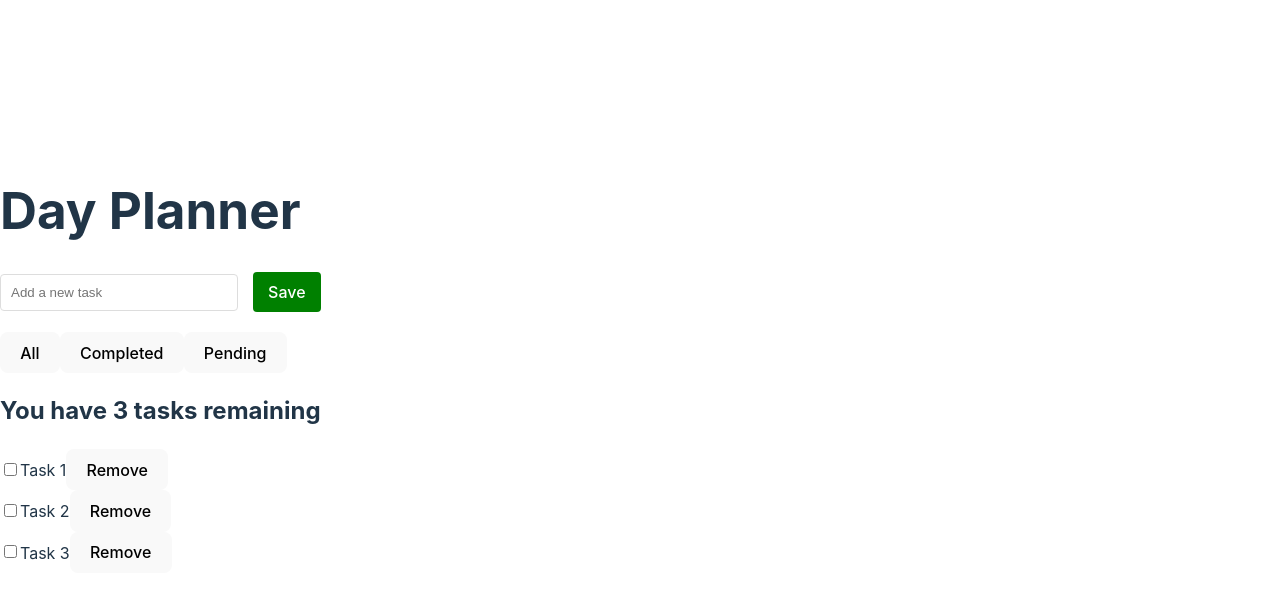
Repository: GavinPahal/Lab7
Page: /
These files come from the project's save history. The page is drawn as it stood at one moment and after the next save; the edit follows.
The browser window is 1280 px wide. The pictures show the whole page.
The project was rebuilt for these pictures with package versions that can differ from the ones it lists, and the page was loaded fresh each time. Also part of the build but not shown: vite.config.js.

Above is the page before, as saved 2024-10-28 14:22:15.

### src/App.jsx
import React, { useState } from 'react';
import Task from './components/Task';
import TaskForm from './components/TaskForm';
import './App.css';

function App() {
  const [tasks, setTasks] = useState([
    { text: 'Task 1', isCompleted: false },
    { text: 'Task 2', isCompleted: false },
    { text: 'Task 3', isCompleted: false },
  ]);
  const [filter, setFilter] = useState('all'); // Filter state

  const addTask = (task) => setTasks([...tasks, { text: task, isCompleted: false }]);

  const toggleTask = (index) => {
    setTasks(prevTasks =>
      prevTasks.map((task, i) => (i === index ? { ...task, isCompleted: !task.isCompleted } : task))
    );
  };

  const deleteTask = (index) => setTasks(tasks.filter((_, i) => i !== index));

  // Filter tasks based on selection
  const filteredTasks = tasks.filter(task => {
    if (filter === 'pending') return !task.isCompleted;
    if (filter === 'completed') return task.isCompleted;
    return true; // All tasks
  });

  const pendingTasksCount = tasks.filter(task => !task.isCompleted).length;

  return (
    <div className="app">
      <h1>Day Planner</h1>
      <TaskForm addTask={addTask} />

      {/* Filter buttons with Completed in the middle */}
      <div className="filter-buttons">
        <button onClick={() => setFilter('all')}>All</button>
        <button onClick={() => setFilter('completed')}>Completed</button>
        <button onClick={() => setFilter('pending')}>Pending</button>
      </div>

      {/* Task count for All and Pending views */}
      {(filter === 'all' || filter === 'pending') && (
        <h2>You have {pendingTasksCount} tasks remaining</h2>
      )}

      {/* Task list display based on filter */}
      <div className="task-list">
        {filteredTasks.map((task, index) => (
          <Task
            key={index}
            index={index}
            task={task}
            toggleTask={toggleTask}
            deleteTask={deleteTask}
          />
        ))}
      </div>
    </div>
  );
}

export default App;

### src/components/Task.jsx
import React from 'react';

function Task({ task, index, toggleTask, deleteTask }) {
  return (
    <div className={`task ${task.isCompleted ? 'completed' : ''}`}>
      <input
        type="checkbox"
        checked={task.isCompleted}
        onChange={() => toggleTask(index)}
        disabled={task.isCompleted}
      />
      <span className="task-text">{task.text}</span>
      <button className="remove-button" onClick={() => deleteTask(index)}>Remove</button>
    </div>
  );
}

export default Task;

### src/components/TaskForm.jsx
import React, { useState } from 'react';

function TaskForm({ addTask }) {
  const [value, setValue] = useState('');

  const handleSubmit = (e) => {
    e.preventDefault();
    if (!value) return;
    addTask(value);
    setValue('');
  };

  return (
    <form onSubmit={handleSubmit} className="task-form">
      <input
        type="text"
        value={value}
        onChange={(e) => setValue(e.target.value)}
        placeholder="Add a new task"
      />
      <button type="submit">Save</button>  {/* Save button */}
    </form>
  );
}

export default TaskForm;

### src/App.css
.task-form {
  display: flex; /* Use flexbox for alignment */
  align-items: center; /* Center items vertically */
  margin-bottom: 20px; /* Space below the form */
}

.task-form input[type="text"] {
  flex: 1; /* Allow the input to take available space */
  padding: 10px; /* Same padding for consistency */
  margin-right: 15px; /* Increased space between input and button */
  border: 1px solid #ddd; /* Add border */
  border-radius: 4px; /* Rounded corners */
}

.task-form button {
  padding: 10px 15px; /* Adjust padding for button */
  background-color: green; /* Green background */
  color: white; /* White text */
  border: none; /* No border */
  cursor: pointer; /* Pointer cursor on hover */
  border-radius: 4px; /* Rounded corners */
}

Loaded but not shown: index.html (common file); src/main.jsx (common file); src/index.css (common file)

After the next save:
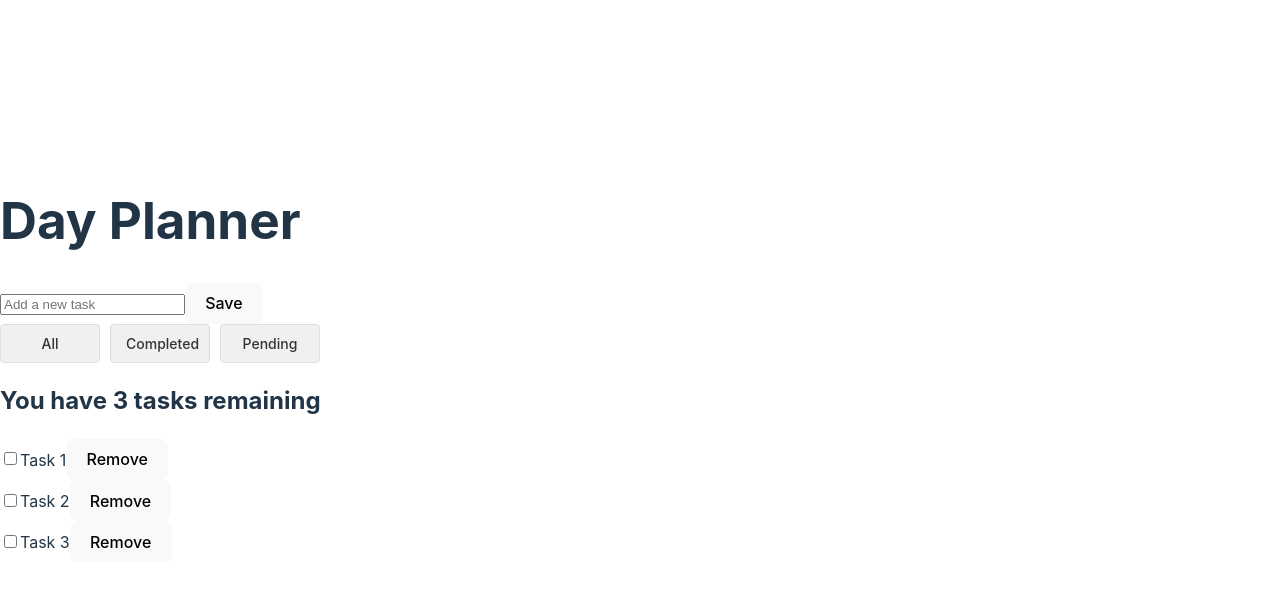
Saved 74 s later.
--- a/src/App.css
+++ b/src/App.css
@@ -1,22 +1,32 @@
-.task-form {
-  display: flex; /* Use flexbox for alignment */
-  align-items: center; /* Center items vertically */
-  margin-bottom: 20px; /* Space below the form */
+/* Container for filter buttons with space between */
+.filter-buttons {
+  display: flex;
+  gap: 10px; /* Space between buttons */
+  margin-bottom: 20px; /* Space below the filter section */
 }
 
-.task-form input[type="text"] {
-  flex: 1; /* Allow the input to take available space */
-  padding: 10px; /* Same padding for consistency */
-  margin-right: 15px; /* Increased space between input and button */
-  border: 1px solid #ddd; /* Add border */
-  border-radius: 4px; /* Rounded corners */
+/* Button styling */
+.filter-buttons button {
+  padding: 10px 15px; /* Square rectangle dimensions */
+  background-color: #f0f0f0; /* Light gray background */
+  color: #333; /* Dark text color */
+  border: 1px solid #ddd; /* Light border */
+  border-radius: 4px; /* Slightly rounded corners */
+  cursor: pointer; /* Pointer cursor */
+  font-size: 14px; /* Font size */
+  width: 100px; /* Fixed width for uniform button size */
+  transition: background-color 0.3s ease; /* Smooth transition on hover */
+  text-align: center; /* Center text within buttons */
 }
 
-.task-form button {
-  padding: 10px 15px; /* Adjust padding for button */
-  background-color: green; /* Green background */
-  color: white; /* White text */
-  border: none; /* No border */
-  cursor: pointer; /* Pointer cursor on hover */
-  border-radius: 4px; /* Rounded corners */
+/* Hover effect */
+.filter-buttons button:hover {
+  background-color: #ddd; /* Slightly darker background on hover */
 }
+
+/* Active filter button styling */
+.filter-buttons button.active {
+  background-color: #4CAF50; /* Green background for active button */
+  color: white; /* White text for contrast */
+  border-color: #4CAF50; /* Border color matches background */
+}

After the 2 saves that followed:
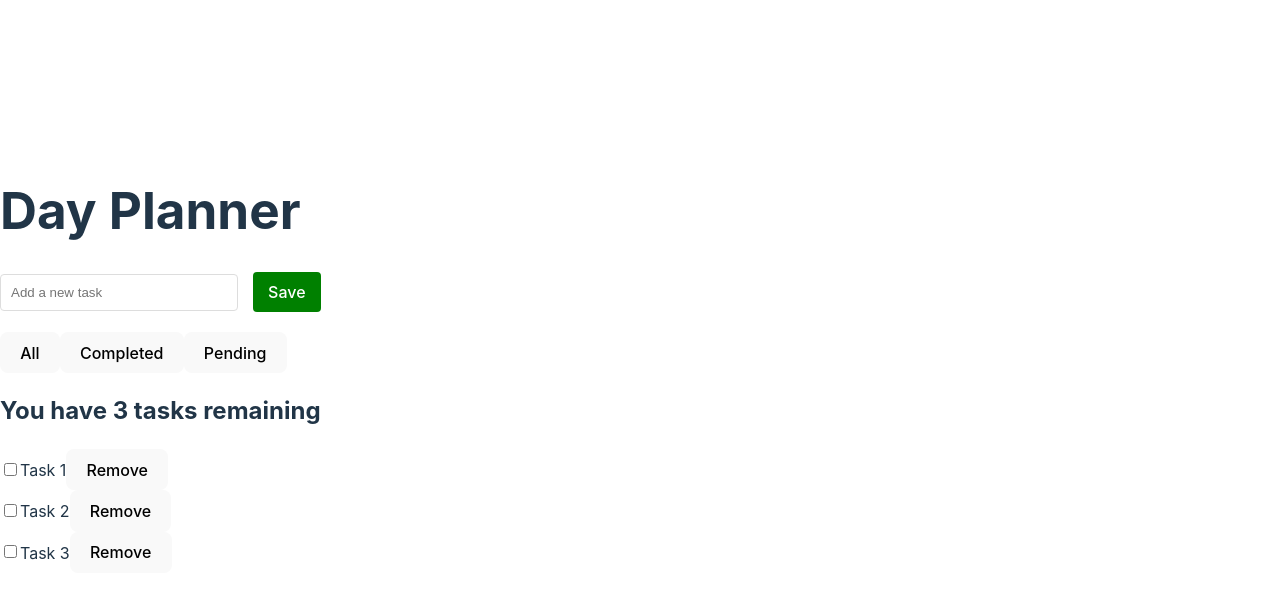
The 2 saves are shown as one change because 1 left the picture as it was.
The last was saved 41 s later.
--- a/src/App.css
+++ b/src/App.css
@@ -1,32 +1,22 @@
-/* Container for filter buttons with space between */
-.filter-buttons {
-  display: flex;
-  gap: 10px; /* Space between buttons */
-  margin-bottom: 20px; /* Space below the filter section */
+.task-form {
+  display: flex; /* Use flexbox for alignment */
+  align-items: center; /* Center items vertically */
+  margin-bottom: 20px; /* Space below the form */
 }
 
-/* Button styling */
-.filter-buttons button {
-  padding: 10px 15px; /* Square rectangle dimensions */
-  background-color: #f0f0f0; /* Light gray background */
-  color: #333; /* Dark text color */
-  border: 1px solid #ddd; /* Light border */
-  border-radius: 4px; /* Slightly rounded corners */
-  cursor: pointer; /* Pointer cursor */
-  font-size: 14px; /* Font size */
-  width: 100px; /* Fixed width for uniform button size */
-  transition: background-color 0.3s ease; /* Smooth transition on hover */
-  text-align: center; /* Center text within buttons */
+.task-form input[type="text"] {
+  flex: 1; /* Allow the input to take available space */
+  padding: 10px; /* Same padding for consistency */
+  margin-right: 15px; /* Increased space between input and button */
+  border: 1px solid #ddd; /* Add border */
+  border-radius: 4px; /* Rounded corners */
 }
 
-/* Hover effect */
-.filter-buttons button:hover {
-  background-color: #ddd; /* Slightly darker background on hover */
+.task-form button {
+  padding: 10px 15px; /* Adjust padding for button */
+  background-color: green; /* Green background */
+  color: white; /* White text */
+  border: none; /* No border */
+  cursor: pointer; /* Pointer cursor on hover */
+  border-radius: 4px; /* Rounded corners */
 }
-
-/* Active filter button styling */
-.filter-buttons button.active {
-  background-color: #4CAF50; /* Green background for active button */
-  color: white; /* White text for contrast */
-  border-color: #4CAF50; /* Border color matches background */
-}
